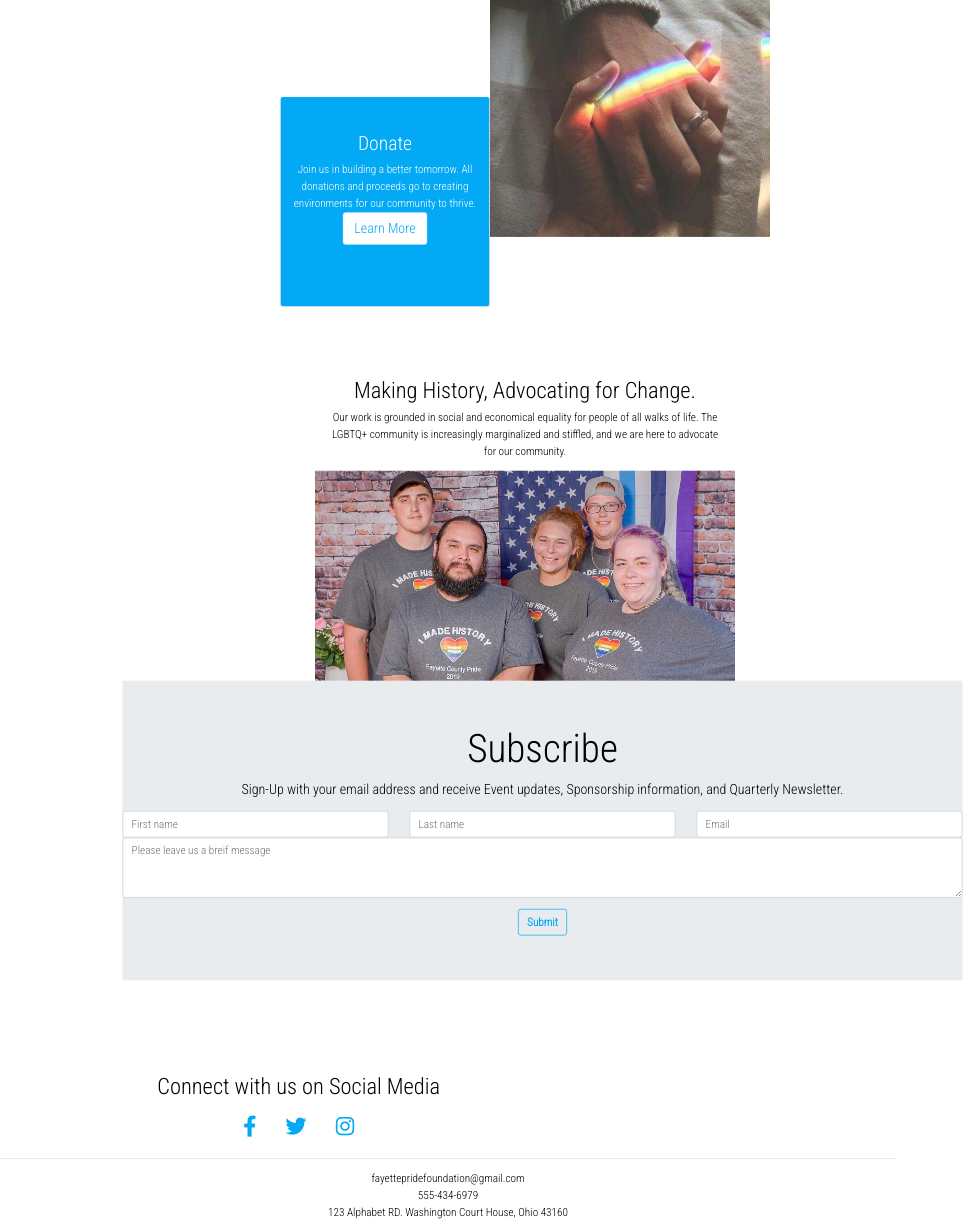
Repository: Code-Institute-Submissions/https-github.com-callendera-Milestone-Project-2
Page: index.html
The author's editor kept a record of every edit. The page is drawn from the files as they stood at one moment, then again after the next edit.
The browser window is 1280 px wide. The page is 1390 px wide, so the pictures cover 1390 px, including what lies to the right of the window. The pictures show the part of the page from y = 1918 to 3678 px (the page is 3678 px tall), at 70% of full size.
Backgrounds fixed to the window are drawn as part of the page. Some web libraries are served in a nearby version.

Above is the page before.

### index.html
<!DOCTYPE html>
<html lang="en">

<head>
    <meta charset="UTF-8">
    <meta name="viewport" content="width=device-width, initial-scale=1.0">
    <meta http-equiv="X-UA-Compatible" content="ie=edge">
    <title>Fayette County PRIDE</title>


    <link href="https://fonts.googleapis.com/css?family=Amatic+SC:700|Roboto+Condensed:300&display=swap" rel="stylesheet">

    <!--this code provides my Icons-->
    <link rel="stylesheet" href="https://use.fontawesome.com/releases/v5.8.1/css/all.css" integrity="sha384-50oBUHEmvpQ+1lW4y57PTFmhCaXp0ML5d60M1M7uH2+nqUivzIebhndOJK28anvf" crossorigin="anonymous">
    <!--this code allows me to use bootstrap styles and pieces of code-->
    <link rel="stylesheet" href="https://stackpath.bootstrapcdn.com/bootstrap/4.3.1/css/bootstrap.min.css" integrity="sha384-ggOyR0iXCbMQv3Xipma34MD+dH/1fQ784/j6cY/iJTQUOhcWr7x9JvoRxT2MZw1T" crossorigin="anonymous">

    <!--links to my style sheet: style.css-->
    <link rel="stylesheet" href="assets/css/style.css" type="text/css" />

</head>

<body>
    <!--NavBar-->

    <!--Navbar styles are given by the class names. and the navbar is fixed at the top to allow a better UX-->


    <nav class="navbar navbar-light my-navbar navbar-expand-sm fixed-top">
        <a class="navbar-brand my-navbar-brand" href="#">
    <img src="assets/images/logo.jpg" width="175" height="125" class="d-inline-block align-top" alt="Fayette County PRIDE logo">
  </a>

        <!--this code allows my navbar tp be compressed into a navbar toggler on smaller screen sizes-->
        <button class="navbar-toggler ml-auto my-navbar-toggler" type="button" data-toggle="collapse" data-target="#navbarNavDropdown" aria-controls="navbarNavDropdown" aria-expanded="false" aria-label="Toggle navigation">
            <span class="navbar-toggler-icon my-navbar-toggler-icon"></span></button>


        <!--this code targets the toggler-->
        <div class="collapse navbar-collapse" id="navbarNavDropdown">
            <!--these are my links to navigate you through the site-->
            <ul class="navbar-nav my-navbar-nav mr-auto justify-content-center">
                <li class="nav-item mr-2"><a class="nav-link my-nav-link" href="//">Sponsorship</a></li>
                <li class="nav-item mr-2"><a class="nav-link my-nav-link" href="//">Events</a></li>
                <li class="nav-item mr-2"><a class="nav-link my-nav-link" href="//">Volunteer</a></li>
                <li class="nav-item mr-6"><a class="nav-link my-nav-link" href="contact.html">Learn More</a></li>
            </ul>
            <!--This code blocks the button and text from being shown on small screens, but appears on larger screen sizes-->
            <div class="d-none d-lg-block">
                <!--gives the viewer the oportunity to become a sponsor while still browsing the site-->

                <a href="contact.html"><button type="button" class="btn btn-lg my-nav-btn btn-success my-btn">Donate</button></a>
            </div>
        </div>
    </nav>
    <!--navbar-->

    <!--CallOut-->
    <!-- this div allows for a full width container, spanning the entire width of the viewport.-->
    <div class="container-fluid">


        <!--holds the background picture for the landing page-->

        <div class="col-12 callout-container">




        </div>
        <!--callout-->
        <hr>
        <!--Involved-->
        <div class="row text-center involved-margin">

            <span class="border-top-0 rounded border involved-span">
                <div class="involved-padding">
                <h3>Volunteer</h3>
               <p>Get involved and join us in making history. Our work would not be possible without you. We rely on the passion and expertise of volunteers to make our vision a reality. </p> <a href="contact.html"><button type="button" class="btn btn-lg my-nav-btn btn-success my-involved-btn">Learn More</button></a>
                </div>
            </span>


            <div class="involved-div1 rounded-top float-right">
                <!--<img src="assets/images/rainbow.jpg" class="rounded-top float-right" alt="...">-->
            </div>

        </div>
        <div class="row text-center involved-margin">
            <div class="involved-div2 rounded-top float-left">
                <!--<img src="assets/images/vendors.jpg" class="rounded-top float-left" alt="...">-->
            </div>

            <span class="border-top-0 rounded border involved-span">
                <div class="involved-padding">
                <h3>Vendor Application</h3>
             <p>We are looking for locally sourced and community oriented vendors to help represent our foundation. Vendor applications are available in a PDF and online form.<a href="contact.html"><button type="button" class="btn btn-lg my-nav-btn btn-success my-involved-btn">Learn More</button></a></p>
                </div>
            </span>
        </div>
    </div>
    <div class="row text-center involved-margin">

        <span class="border-top-0 rounded border involved-span">
            <div class="involved-padding">
                <h3>Donate</h3>
                <p>Join us in building a better tomorrow. All donations and proceeds go to creating environments for our community to thrive. <a href="contact.html"><button type="button" class="btn btn-lg my-nav-btn btn-success my-involved-btn">Learn More</button></a></p>
                </div>
            </span>

        <div class="involved-div3 rounded-top float-right">
            <!--<img src="assets/images/holding.jpg" class="rounded-top float-right" alt="...">-->
        </div>

    </div>


    <div class="row text-center history-div">
        <div class="col-12 history-col">
            <h2>Making History, Advocating for Change.</h2>
            <p>Our work is grounded in social and economical equality for people of all walks of life. The LGBTQ+ community is increasingly marginalized and stiffled, and we are here to advocate for our community. </p>
        </div>
        <div class="col-12 group-image-div">

        </div>
    </div>
    <div class="jumbotron jumbotron-fluid my-jumbotron text-center">
        <div class="container">
            <h1 class="display-4">Subscribe</h1>
            <p class="lead">Sign-Up with your email address and receive Event updates, Sponsorship information, and Quarterly Newsletter.</p>
        </div>
        <form>
            <div class="row">
                <div class="col-4">
                    <input type="text" class="form-control" placeholder="First name">
                </div>
                <div class="col-4">
                    <input type="text" class="form-control" placeholder="Last name">
                </div>
                <div class="col-4">
                    <input type="email" class="form-control" id="inputEmail3" placeholder="Email">
                </div>
                <div class="form-group col-12">

                    <textarea class="form-control" id="exampleFormControlTextarea1" placeholder="Please leave us a breif message" rows="3"></textarea>
                </div>
                <div class="col-12">
                    <button type="submit" class="btn btn-primary my-btn">Submit</button>
                </div>
            </div>
        </form>
    </div>
    <div class="col-8 social-container text-center">
        <h2 class="social-heading">Connect with us on Social Media</h2>
        <div>



            <!--all social media links are placed within a span to allow them to line up inline-->
            <ul class="list-inline social-media">
                <!--atrribute is given to make the social media symbol a link to the facebook page-->
                <li class="list-inline-item"><a href="//" target="_blank"><i class="fab fa-facebook-f"></i>
                    <span class="sr-only">Facebook</span></a></li>
                <!--atrribute is given to make the social media symbol a link to the twitter page-->
                <li class="list-inline-item"><a href="//" target="_blank"><i class="fab fa-twitter"></i>
                    <span class="sr-only">Twitter</span></a></li>
                <!--atrribute is given to make the social media symbol a link to the youtube page-->
                <li class="list-inline-item"><a href="//" target="_blank"><i class="fab fa-instagram"></i>
                    <span class="sr-only">Instagram</span></a></li>
            </ul>
        </div>
    </div>



    <!--involved-->
    <hr>

    <footer>
        <div class="row text-center">



            <!--entire section gives the user the info on how to contact the band-->



            <div class="col-12">


                <p>fayettepridefoundation@gmail.com</br>
                    555-434-6979</br>
                    123 Alphabet RD. Washington Court House, Ohio 43160
                </p>

            </div>





        </div>
    </footer>
    <!--contactinfo-->
    </div>
    <!--script used for DOM manipulation in modal-->
    <script src="https://code.jquery.com/jquery-3.3.1.slim.min.js" integrity="sha384-q8i/X+965DzO0rT7abK41JStQIAqVgRVzpbzo5smXKp4YfRvH+8abtTE1Pi6jizo" crossorigin="anonymous"></script>

    <!--positioning engine, used throughout webpage-->
    <script src="https://cdnjs.cloudflare.com/ajax/libs/popper.js/1.14.7/umd/popper.min.js" integrity="sha384-UO2eT0CpHqdSJQ6hJty5KVphtPhzWj9WO1clHTMGa3JDZwrnQq4sF86dIHNDz0W1" crossorigin="anonymous"></script>

    <!--script needed to link my bootstrap classes-->
    <script src="https://stackpath.bootstrapcdn.com/bootstrap/4.3.1/js/bootstrap.min.js" integrity="sha384-JjSmVgyd0p3pXB1rRibZUAYoIIy6OrQ6VrjIEaFf/nJGzIxFDsf4x0xIM+B07jRM" crossorigin="anonymous"></script>

    </div>

</body>

</html>

### assets/css/style.css

/*--Background Styles--*/
body {
    font-family: 'Roboto Condensed', sans-serif;

    background-color: #ffffff;
    color: black;
}

.callout-container {
    /*--- sets background image for callout container. it is set to not repeat, so the image doesnt stretch, and the image will be centered horizontally and pushed to the top of the container. the background will also not scroll, but remained positioned so things will scroll past it---*/
    background: url("../images/crowd.jpg")no-repeat center center fixed;
    /*--- adjusts background for different browsers ---*/
    -webkit-background-size: cover;
    -moz-background-size: cover;
    -o-background-size: cover;
    background-size: cover;

    /*--- makes the background fit to the container ---*/
    overflow: hidden;

    /*--- aligns and justifies text in container ---*/
    align-items: center;
    justify-content: center;
    /*--- the height that container will take up in the viewport ---*/
    height: 100vh;

}

.involved-container {
    color: black;
    padding-top: 500px;

    /*--- makes the background fit to the container ---*/
    overflow: hidden;

    /*--- aligns and justifies text in container ---*/
    align-items: center;
    justify-content: center;
    /*--- the height that container will take up in the viewport ---*/
    height: 60vh;

}

.opaque-overlay {
    /*---positioned relative to the nearest positioned ancestor---*/
    position: absolute;
    top: 0;
    left: 0;
    /*--- size of overlay to just cover background image ---*/
    height: 100%;
    width: 100%;
    /*--- color of background to be grey but almost transparent to make white text stand out ---*/
    background-color: rgba(0, 0, 0, 0.55);

    /*---pulls content forward to be visible on Z-index axis---*/
    z-index: 1;

}

/*--Navbar Styles--*/

.my-navbar {
    font-family: 'Roboto Condensed', sans-serif;

    /*--- removes margins automatically set by bootstrap ---*/
    margin: 0;
    /*--- removes padding automatically set by bootstrap ---*/
    padding-left: 20px;
    padding-right: 20px;
    padding-bottom: 0;
    padding-top: 0;
    background-color: #ffffff;
    /*--- color of text white ---*/

    height: 150px;
}

.my-navbar-nav {
    /*--- removes padding automatically set by bootstrap ---*/
    padding-left: 30px;
    /*--- color of text white ---*/


}



.my-nav-link {
    /*--- color of text white ---*/
    color: black;
    /*--- color change transition when hovering over my-nav-link ---*/
    transition: all 0.40s ease-in-out;
    -moz-transition: all 0.40s ease-in-out;
    -webkit-transition: all 0.40s ease-in-out;
    -o-transition: all 0.40s ease-in-out;
    /*--- adjustments for each web browser ---*/
}


.my-navbar-toggler {
    /*--- display to fill contents ---*/
    display: contents;
    width: 2em;
    height: 2em;
    /*--- aligns to fit toggler container ---*/
    vertical-align: middle;
    /*--- content aligned according to parent element ---*/
    content: "";
    /*--- toggler doesn't repeat and it center to container ---*/
    background: no-repeat center center;
    /*--- toggler 100% of toggler container ---*/
    background-size: 100% 100%;

    /*--- color of text white ---*/
    color: black;
    /*--- removes margins automatically set by bootstrap ---*/
    margin-right: 30px;
}

.my-navbar-toggler-icon {
    /*--- color of icon white ---*/
    color: black;

}

.my-navbar-brand {
    font-family: 'Amatic SC', cursive;

}

/*--Buttons--*/

.my-btn {
    /*---blue color--*/
    background-color: #28a74500;
    border-color: #03A9F4;
    color: #03A9F4;
    font-weight: 800;

}

.my-btn:hover {
    /*--- color of background: blue ---*/
    background-color: #03A9F4;
    /*--- when mouse is hovered the button will transition for .40seconds to a darker green color. the color will gradually ease in and then ease out. ---*/
    transition: all 0.40s ease-in-out;
    -moz-transition: all 0.40s ease-in-out;
    -webkit-transition: all 0.40s ease-in-out;
    -o-transition: all 0.40s ease-in-out;
    /*--- adjustments for each web browser ---*/
}

.my-involved-btn {
    background-color: #ffffff;
    border-color:  #03A9F4;
    color:  #03A9F4;
}

.my-involved-btn:hover {
    /*--- color of background: blue ---*/
    background-color: #03A9F4;
    /*--- when mouse is hovered the button will transition for .40seconds to a darker green color. the color will gradually ease in and then ease out. ---*/
    transition: all 0.40s ease-in-out;
    -moz-transition: all 0.40s ease-in-out;
    -webkit-transition: all 0.40s ease-in-out;
    -o-transition: all 0.40s ease-in-out;
    /*--- adjustments for each web browser ---*/
}

.social-heading {
    padding-top: 100px;
}

.social-media i {
    /*---blue color--*/
    color: #03A9F4;
    font-size: 30px;
    padding: 15px;
}

.social-media i:hover {
 /*--- color of background: darker green ---*/
    color: #2567ae;
    /*--- when mouse is hovered the button will transition for .40seconds to a darker green color. the color will gradually ease in and then ease out. ---*/
    transition: all 0.40s ease-in-out;
    -moz-transition: all 0.40s ease-in-out;
    -webkit-transition: all 0.40s ease-in-out;
    -o-transition: all 0.40s ease-in-out;
    /*--- adjustments for each web browser ---*/
}


.my-icon i {
    /*---blue color--*/
     color:  #03A9F4;
    font-size: 50px;
}
.my-icon i:hover {
     /*--- color of background: darker blue ---*/
    color: #2567ae;
    /*--- when mouse is hovered the button will transition for .40seconds to a darker blue color. the color will gradually ease in and then ease out. ---*/
    transition: all 0.40s ease-in-out;
    -moz-transition: all 0.40s ease-in-out;
    -webkit-transition: all 0.40s ease-in-out;
    -o-transition: all 0.40s ease-in-out;
    /*--- adjustments for each web browser ---*/
}

/*--- Images ---*/

.involved-div3 {

     background: url("../images/holding.jpg")no-repeat center center;
    /*--- adjusts background for different browsers ---*/
    -webkit-background-size: cover;
    -moz-background-size: cover;
    -o-background-size: cover;
    background-size: cover;

    /*--- makes the background fit to the container ---*/
    overflow: hidden;

    /*--- aligns and justifies text in container ---*/
    align-items: center;
    justify-content: center;

    width: 400px;
    height: 400px;
}

.involved-div2 {

     background: url("../images/vendors.jpg")no-repeat center center;
    /*--- adjusts background for different browsers ---*/
    -webkit-background-size: cover;
    -moz-background-size: cover;
    -o-background-size: cover;
    background-size: cover;

    /*--- makes the background fit to the container ---*/
    overflow: hidden;

    /*--- aligns and justifies text in container ---*/
    align-items: center;
    justify-content: center;

    width: 400px;
    height: 400px;
}

.involved-div1 {

     background: url("../images/rainbow.jpg")no-repeat center center;
    /*--- adjusts background for different browsers ---*/
    -webkit-background-size: cover;
    -moz-background-size: cover;
    -o-background-size: cover;
    background-size: cover;

    /*--- makes the background fit to the container ---*/
    overflow: hidden;

    /*--- aligns and justifies text in container ---*/
    align-items: center;
    justify-content: center;

    width: 400px;
    height: 400px;
}

.involved-padding {
    padding-top: 50px;
}

.involved-margin {
    margin-left: 400px;
    margin-top: 40px;
}

.involved-span {
    width: 300px;
    height: 300px;
    background-color: #03A9F4;
    margin-top: 200px;
    color: #ffffff;
}

.history-div {
    width: 600px;
    margin-left: 450px;
    padding-top: 100px;
}

.group-image-div {

     background: url("../images/group.png")no-repeat center center;
    /*--- adjusts background for different browsers ---*/
    -webkit-background-size: cover;
    -moz-background-size: cover;
    -o-background-size: cover;
    background-size: cover;

    /*--- makes the background fit to the container ---*/
    overflow: hidden;

    /*--- aligns and justifies text in container ---*/
    align-items: center;
    justify-content: center;

    height: 300px;
    width: 800px;
    margin-left: ;
}

/*---MISC.--*/

.my-jumbotron {
    width: 1200px;
    margin-left: 175px;
}

.involved-container {
    padding: 0px;
}

.cover-heading {
    font-family: 'Amatic SC', cursive;
    font-size: 100px;
    padding-top: 100px;

}

/*---Media Queries--*/

@media (min-width: 576px){
    .my-navbar-nav {
    padding-left: 0px;
}

.opaque-overlay {
   height: 60vh;

}

.involved-container {
    padding: 0px;
}



}

@media (min-width: 992px) {

}

@media (min-width: 1200px){

.opaque-overlay {
   height: 90vh;

}


}

After the next edit:
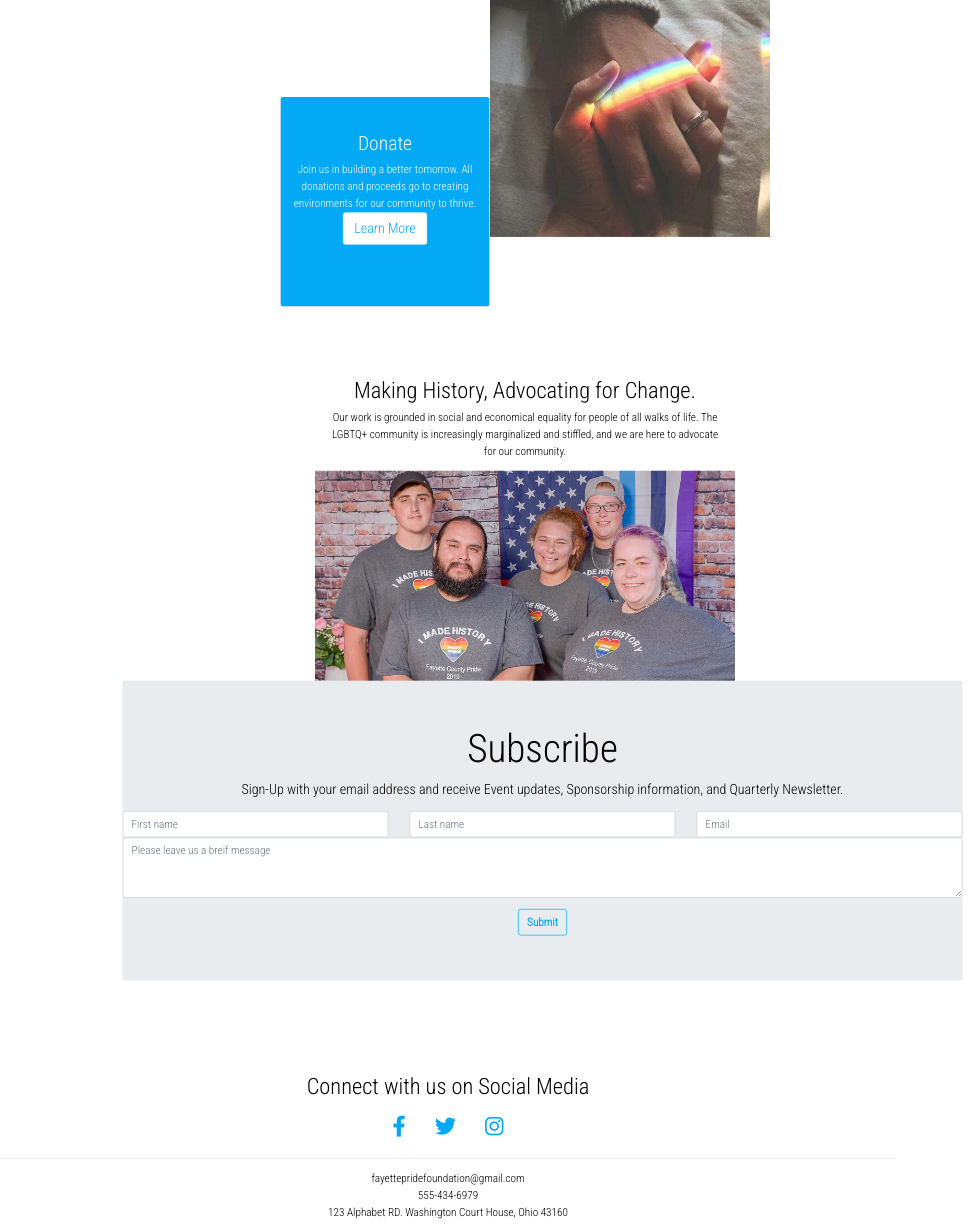
The edit:
--- a/index.html
+++ b/index.html
@@ -150,7 +150,7 @@
             </div>
         </form>
     </div>
-    <div class="col-8 social-container text-center">
+    <div class="col-12 social-container text-center">
         <h2 class="social-heading">Connect with us on Social Media</h2>
         <div>
 
